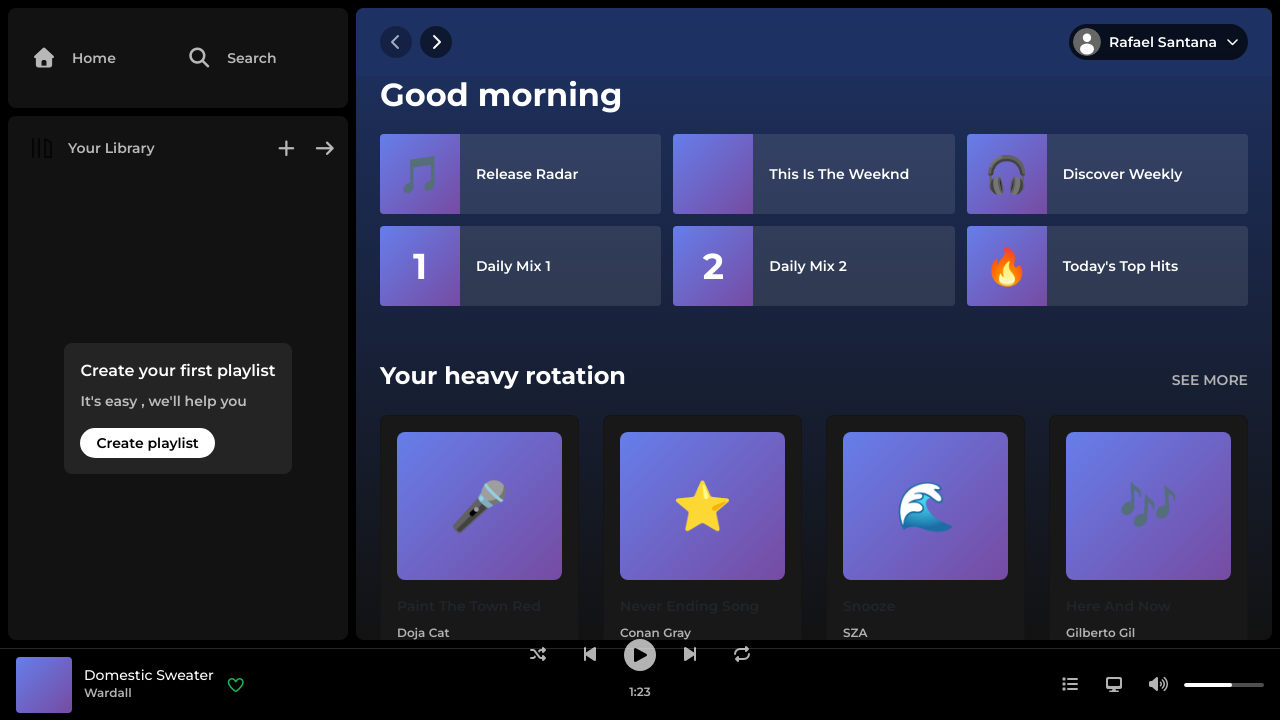
Repository: ketanBisht/spotifyFrontEnd
Page: index.html
An editor plug-in stored every save of this project. The page is shown before and after a run of saves, followed by the edit.
The browser window is 1280 px wide. The pictures show the whole page.
An inner scrolling area shows only its first screen. Some web fonts or font styles are not loaded; a fallback is used. Some web libraries are served in a nearby version.

Above is the page before, as saved 2025-08-25 22:59:25.

After the next 4 saves:
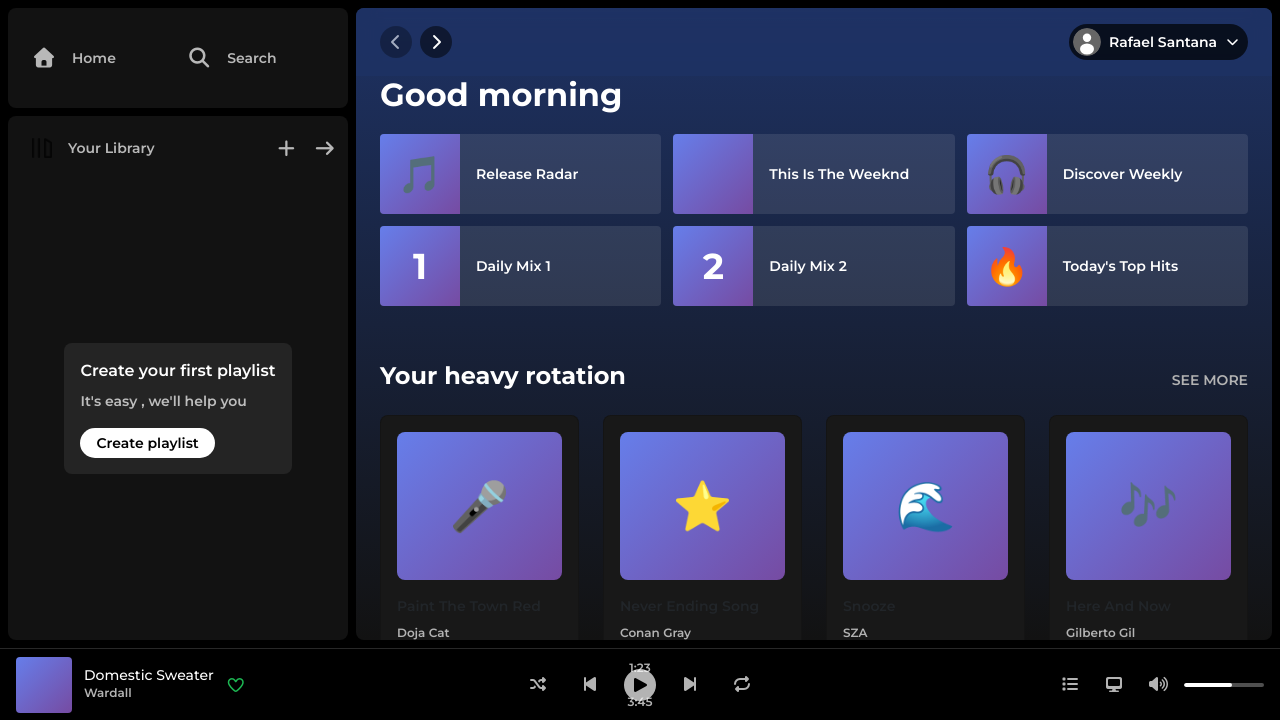
The 4 saves are shown as one change because they came seconds apart.
The last was saved 17 s later.
--- a/try.css
+++ b/try.css
@@ -617,7 +617,7 @@
             display: flex;
             gap: 16px;
             align-items: center;
-            bottm
+            position: absolute;
         }
 
         .control-btn{
